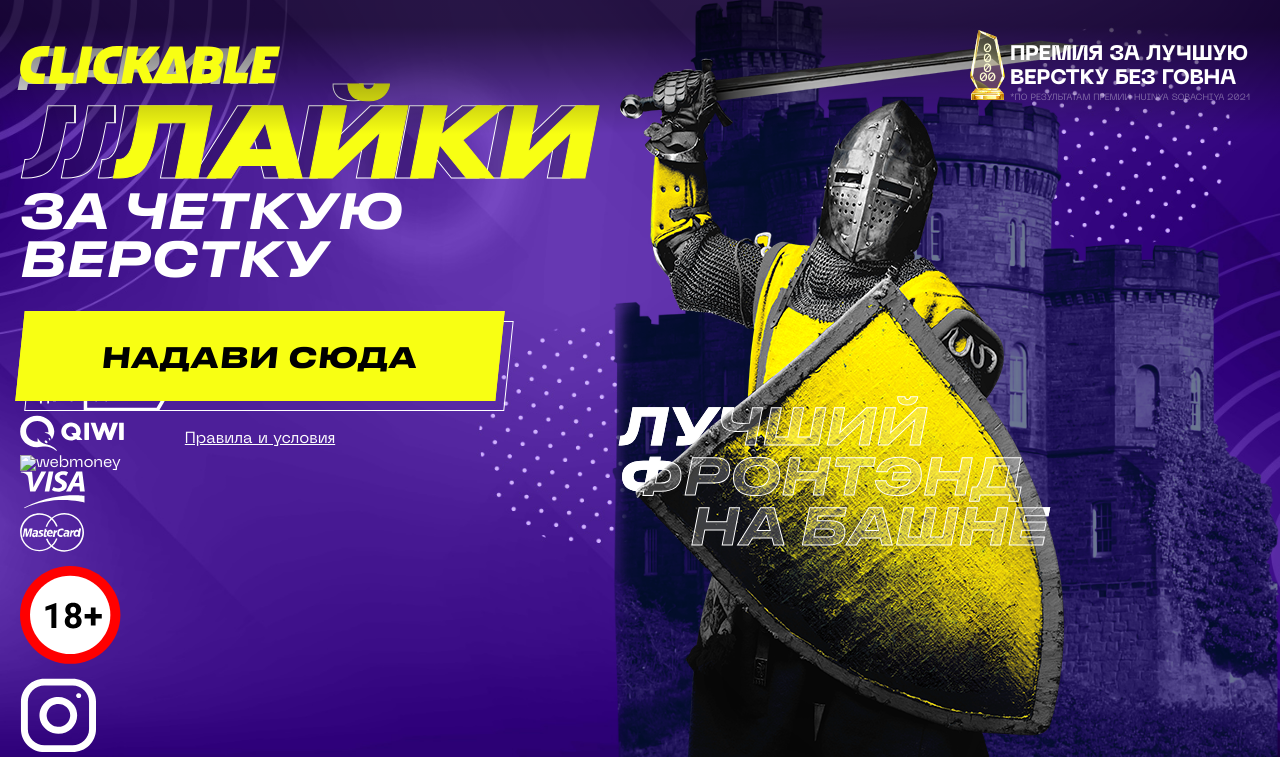
Repository: stanislavExtE/clickable_test
Page: app/index.html
These files come from the project's save history. The page is drawn as it stood at one moment and after the next save; the edit follows.
The browser window is 1280 px wide. The pictures show the whole page.
The style sheet was rebuilt from its Sass, Less or Tailwind sources for each picture, by a compiler version that may differ from the author's.

Above is the page before, as saved 2021-01-13 18:12:14.

### app/index.html
<!DOCTYPE html>
<html xmlns="http://www.w3.org/1999/xhtml" lang="en">

<head>
	<meta http-equiv="Content-Type" content="text/html; charset=utf-8" />
	<meta name="format-detection" content="telephone=no">
	<meta name="viewport" content="width=device-width, initial-scale=1, maximum-scale=1">
	<title>Clickable - лучший фронтенд на башне</title>
	<link rel="icon" type="image/x-icon" href="favicon.ico" />
	<link rel="stylesheet" type="text/css" href="css/style.css" />
</head>

<body class="loaded">


	<!-- BEGIN BODY -->

	<div class="main-wrapper">

		<!-- BEGIN CONTENT -->

		<main class="content">
			<section class="info-section">
				<div class="wrapper">
					<div class="info">
						<div class="slogan info__slogan">
							<div class="slogan__text">
								<div class="slogan__text-stroke" data-text="лучший фронтэнд">лучший фронтэнд</div>
								<div class="slogan__text-stroke" data-text="на башне">на башне</div>
							</div>
							<img src="img/knight.png" alt="" class="slogan__knight">
						</div>
						<div class="cta info__cta">
							<div class="cta__title">
								<div class="cta__title-word">Дарим</div>
								<div class="accent">
									<div class="accent__word">Л</div>
									<div class="accent__word">Л</div>
									<div class="accent__text" data-accent-text='ЛАЙКИ'>ЛАЙКИ</div>
								</div>
								<div class="cta__title-word">За четкую верстку</div>
							</div>
							<div class="cta__button-box">
								<a href="#" class="btn cta__btn">надави сюда</a>
								<a href="#" class="link cta__rules-link">Правила и условия</a>
							</div>
						</div>
						<div class="award info__award">
							<div class="award__prize">
								<img src="img/award.png" alt="award" class="award__prize-img">
							</div>
							<div class="award__info">
								<div class="award__title">ПРЕМИЯ ЗА ЛУЧШУЮ ВЕРСТКУ без говна</div>
								<div class="award__description">*ПО РЕЗУЛЬТАТАМ ПРЕМИИ Huinya sobachiya 2021</div>
							</div>
						</div>
					</div>
					<div class="balls">
						<img src="img/ball.png" alt="ball" class="ball ball_lg-size">
						<img src="img/ball.png" alt="ball" class="ball">
						<img src="img/ball.png" alt="ball" class="ball ball_sm">
					</div>
				</div>
			</section>
		</main>

		<!-- CONTENT EOF   -->

		<!-- BEGIN HEADER -->

		<header class="header">
			<div class="wrapper ">
				<div class="header__content">
					<a href="#" class="logo header__logo">
						<img src="img/logo.svg" alt="logo" class="logo__img">
					</a>
					<div class="award header__award">
						<div class="award__prize">
							<img src="img/award.png" alt="award" class="award__prize-img">
						</div>
						<div class="award__info">
							<div class="award__title">ПРЕМИЯ ЗА ЛУЧШУЮ ВЕРСТКУ без говна</div>
							<div class="award__description">*ПО РЕЗУЛЬТАТАМ ПРЕМИИ Huinya sobachiya 2021</div>
						</div>
					</div>
				</div>
			</div>
		</header>

		<!-- HEADER EOF   -->

		<!-- BEGIN FOOTER -->

		<footer class="footer">
			<div class="wrapper footer__wrapper">
				<div class="payments">
					<div class="payment"><img src="img/icons/yandex_money.svg" alt="yandex_money" class="payment-img"></div>
					<div class="payment"><img src="img/icons/qiwi.svg" alt="qiwi" class="payment-img"></div>
					<div class="payment"><img src="img/icons/webmoney.svg" alt="webmoney" class="payment-img"></div>
					<div class="payment"><img src="img/icons/visa.svg" alt="visa" class="payment-img"></div>
					<div class="payment"><img src="img/icons/mastercard.svg" alt="mastercard" class="payment-img"></div>
				</div>
				<div class="icons">
					<div class="icon"><img src="img/icons/pegi_18.svg" alt="pegi_18" class="icon__img"></div>
					<a href="#" class="icon"><img src="img/icons/insta.svg" alt="instagram" class="icon__img"></a>
				</div>
			</div>
		</footer>

		<!-- FOOTER EOF   -->

	</div>

	<div class="icon-load"></div>

	<!-- BODY EOF   -->

	<!-- <script src="js/jquery-3.5.1.min.js"></script> -->
	<!-- <script src="js/jquery-migrate-3.3.0.min.js"></script> -->
	<!--
	<script src="js/components/jquery.fancybox.js" ></script>
	<script src="js/components/jquery.formstyler.js" ></script>
	<script src="js/components/slick.js" ></script>
	<script src="js/components/jquery.mCustomScrollbar.js" ></script>
	-->
	<script src="js/custom.js"></script>
</body>

</html>

### app/js/custom.js
document.addEventListener("DOMContentLoaded", function () {
	var $body = document.querySelector('body');
	if (/Android|webOS|iPhone|iPad|iPod|BlackBerry/i.test(navigator.userAgent)) {
		$body.classList.add('ios');
	} else {
		$body.classList.add('web');
	};
	$body.classList.remove('loaded');
});
/* viewport width */
function viewport() {
	var e = window,
		a = 'inner';
	if (!('innerWidth' in window)) {
		a = 'client';
		e = document.documentElement || document.body;
	}
	return {
		width: e[a + 'Width'],
		height: e[a + 'Height']
	}
};

function blockVH(el, dif) {
	var block = document.querySelector(el);
	var vh = window.innerHeight;

	if (dif) {
		block.style.minHeight = vh - dif + 'px';
	} else {
		block.style.minHeight = vh + 'px';

	}
}

document.addEventListener("DOMContentLoaded", function () {

})


var handler = function () {

	var viewport_wid = viewport().width;
	var viewport_height = viewport().height;

	if (viewport_wid <= 991) {

	} else {
		blockVH('.info-section');
	}

}

window.addEventListener('DOMContentLoaded', handler);
window.addEventListener('resize', handler);

### app/scss/style.scss
@import "base/_reset";
@import "base/_fonts";
//@import "components/_jquery.formstyler";
//@import "components/_fancybox";
//@import "components/_slick";
//@import "components/_mCustomScrollbar";
@import "components/_bootstrap";
@import "layout/_repetitive";
@import "layout/_header";
@import "layout/_footer";
@import "layout/_content";

### app/scss/base/_reset.scss
@import '../utils/_mixins';
@import '../utils/_variables';

body {
	margin: 0px;
	padding: 0px;
	font-family: $base-font-family;
	background-color: $base-bg;
	height: 100%;
	line-height: 1;
	position: relative;
	font-size: $base-font-size!important;
	-webkit-font-smoothing: antialiased;
	-moz-osx-font-smoothing: grayscale;
}



/*MAIN*/
html, body, div, span, applet, object, iframe, h1, h2, h3, h4, h5, h6, p, blockquote, pre, a, abbr, acronym, address, big, cite, code,
del, dfn, em, img, ins, kbd, q, s, samp, small, strike, strong, sub, sup, tt, var, b, u, i, center, dl, dt, dd, ol, ul, li, fieldset,
form, label, legend, table, caption, tbody, tfoot, thead, tr, th, td, article, aside, canvas, details, embed, figure, figcaption, footer,
header, hgroup, menu, nav, output, ruby, section, summary, time, mark, audio, video {
	margin: 0; padding: 0; border: 0; font-size: 100%; outline: none;
    -webkit-tap-highlight-color: rgba(0, 0, 0, 0);

}

/* HTML5 display-role reset for older browsers */
article, aside, details, figcaption, figure, footer, header, hgroup, menu, nav, section, main {
	display: block;
}
blockquote, q {
	quotes: none;
}
blockquote:before,
blockquote:after,
q:before,
q:after {
	content: '';
	content: none;
}

table {
	border-collapse: collapse;
	border-width: 0px;
	padding: 0px;
	margin: 0px;
}

html {
	height: 100%;
	-webkit-text-size-adjust: none;
	-ms-text-size-adjust: none;
}

input,
textarea {
	color: #333;
	font-family: $base-font-family;
	outline: none;
	border-radius: 0;
	-moz-border-radius: 0;
	-webkit-border-radius: 0;
	-webkit-appearance: none;
    border: none;
}

input[type="button"],
input[type="submit"],
button {
	cursor: pointer
}

input[type=number]::-webkit-inner-spin-button,
input[type=number]::-webkit-outer-spin-button {
  -webkit-appearance: none;
  margin: 0;
}

td {
	margin: 0px;
	padding: 0px;
}

ul{
    list-style: none;
    list-style-image: url(data:[embedded picture, 78 characters]);
}

form {
	padding: 0px;
	margin: 0px;
}

img{
    max-width: 100%;
}

a {
    color: inherit;
	text-decoration: none;
	outline: none;
    @include transition($default-transition);
}

a,
span,
div,
button {
	outline: none!important
}
input[type="search"]::-webkit-search-decoration,
input[type="search"]::-webkit-search-cancel-button,
input[type="search"]::-webkit-search-results-button,
input[type="search"]::-webkit-search-results-decoration {
  -webkit-appearance:none;
}
input[type=submit],
input[type=button],
button {
	-webkit-appearance: none;
	outline: none;
}

* {
	-webkit-box-sizing: border-box;
	-moz-box-sizing: border-box;
	box-sizing: border-box;
}

*:before,
*:after {
	-webkit-box-sizing: border-box;
	-moz-box-sizing: border-box;
	box-sizing: border-box;
}

.clearfix:after,
.wrapper:after,
.row:after{
	content: ".";
	display: block;
	height: 0;
	clear: both;
	visibility: hidden;
}

### app/scss/utils/_variables.scss
$paddings: 20px;
$min-width: 320px;
$base-wrapp: 1366px;
$max-width: calc(#{$base-wrapp} + #{$paddings} * 2);
$base-bg:#F0EAE1;
$base-font-size: 1rem;
$base-line-height: 1.75rem;
$base-font-family: "Neue Machina", "Open Sans", Arial, sans-serif;
$custom-font-family: "Druk Text Wide Cyr","Open Sans",  Arial, sans-serif;
$default-transition: all 0.4s linear;
$trs: all 0.3s linear;
$trs-wow: all 1s linear;

$ff-book: $base-font-family;
$ff-demi: $custom-font-family;


$shadow: 2px 6px 20px rgba(0, 164, 91, 0.25);
$shadow_light: 2px 6px 20px rgba(0, 164, 91, 0.10);

//breakpoints
$xs: 567px;
$sm: 767px;
$md: 991px;
$lg: 1279px;
$xl: 1435px;

/* main variables */

$col-1: #f8ff13;
$col-2: #F0EAE1;
$col-3: #0A0A0A;
$col-4: #fff;
$col-5: #161616;
$col-6: #bbbbbb;
$col-7: #7e7e7e;

$bg-1:rgba(#fff, .1);

$bd: rgba(187, 187, 187, 0.5);

//text, titles
$tc-1: #303030;
$tc-2: #fff;
$tc-3: $col-1;
$tc-4: $col-5;
$title-main-color: #fff;
$title-color: #fff;


$font-size-h1: 36px;
$line-height-h1: 49px;
$font-size-h2: 36px;
$line-height-h2: 49px;
$font-size-h3: 36px;
$line-height-h3: 49px;
$font-size-h4: 18px;
$line-height-h4: 24px;

$f-s-xs: 14px;
$lh-xs: 14px;
$f-s-sm: 16px;
$lh-sm: 22px;
$f-s-md: 28px;
$lh-md: 38px;
$f-s-lg: 30px;
$lh-lg: 30px;

$f-s-big-xs: 34px;
$f-s-big-sm: 40px;
$f-s-big-md: 50px;
$lh-big-md: 62px;
$f-s-big-lg: 100px;
$lh-big-lg: 110px;
$f-s-big-xl: 110px;
$lh-big-xl: 90px;

### app/scss/components/_bootstrap.scss
/*!
 * Generated using the Bootstrap Customizer (https://getbootstrap.com/docs/3.4/customize/)
 *//*!
 * Bootstrap v3.4.1 (https://getbootstrap.com/)
 * Copyright 2011-2019 Twitter, Inc.
 * Licensed under MIT (https://github.com/twbs/bootstrap/blob/master/LICENSE)
 *//*! normalize.css v3.0.3 | MIT License | github.com/necolas/normalize.css */.row{margin-right:-15px;margin-left:-15px}.row-no-gutters{margin-right:0;margin-left:0}.row-no-gutters [class*="col-"]{padding-right:0;padding-left:0}.col-xs-1, .col-sm-1, .col-md-1, .col-lg-1, .col-xs-2, .col-sm-2, .col-md-2, .col-lg-2, .col-xs-3, .col-sm-3, .col-md-3, .col-lg-3, .col-xs-4, .col-sm-4, .col-md-4, .col-lg-4, .col-xs-5, .col-sm-5, .col-md-5, .col-lg-5, .col-xs-6, .col-sm-6, .col-md-6, .col-lg-6, .col-xs-7, .col-sm-7, .col-md-7, .col-lg-7, .col-xs-8, .col-sm-8, .col-md-8, .col-lg-8, .col-xs-9, .col-sm-9, .col-md-9, .col-lg-9, .col-xs-10, .col-sm-10, .col-md-10, .col-lg-10, .col-xs-11, .col-sm-11, .col-md-11, .col-lg-11, .col-xs-12, .col-sm-12, .col-md-12, .col-lg-12{position:relative;min-height:1px;padding-right:15px;padding-left:15px}.col-xs-1, .col-xs-2, .col-xs-3, .col-xs-4, .col-xs-5, .col-xs-6, .col-xs-7, .col-xs-8, .col-xs-9, .col-xs-10, .col-xs-11, .col-xs-12{float:left}.col-xs-12{width:100%}.col-xs-11{width:91.66666667%}.col-xs-10{width:83.33333333%}.col-xs-9{width:75%}.col-xs-8{width:66.66666667%}.col-xs-7{width:58.33333333%}.col-xs-6{width:50%}.col-xs-5{width:41.66666667%}.col-xs-4{width:33.33333333%}.col-xs-3{width:25%}.col-xs-2{width:16.66666667%}.col-xs-1{width:8.33333333%}@media (min-width:768px){.col-sm-1, .col-sm-2, .col-sm-3, .col-sm-4, .col-sm-5, .col-sm-6, .col-sm-7, .col-sm-8, .col-sm-9, .col-sm-10, .col-sm-11, .col-sm-12{float:left}.col-sm-12{width:100%}.col-sm-11{width:91.66666667%}.col-sm-10{width:83.33333333%}.col-sm-9{width:75%}.col-sm-8{width:66.66666667%}.col-sm-7{width:58.33333333%}.col-sm-6{width:50%}.col-sm-5{width:41.66666667%}.col-sm-4{width:33.33333333%}.col-sm-3{width:25%}.col-sm-2{width:16.66666667%}.col-sm-1{width:8.33333333%}}@media (min-width:992px){.col-md-1, .col-md-2, .col-md-3, .col-md-4, .col-md-5, .col-md-6, .col-md-7, .col-md-8, .col-md-9, .col-md-10, .col-md-11, .col-md-12{float:left}.col-md-12{width:100%}.col-md-11{width:91.66666667%}.col-md-10{width:83.33333333%}.col-md-9{width:75%}.col-md-8{width:66.66666667%}.col-md-7{width:58.33333333%}.col-md-6{width:50%}.col-md-5{width:41.66666667%}.col-md-4{width:33.33333333%}.col-md-3{width:25%}.col-md-2{width:16.66666667%}.col-md-1{width:8.33333333%}}@media (min-width:1200px){.col-lg-1, .col-lg-2, .col-lg-3, .col-lg-4, .col-lg-5, .col-lg-6, .col-lg-7, .col-lg-8, .col-lg-9, .col-lg-10, .col-lg-11, .col-lg-12{float:left}.col-lg-12{width:100%}.col-lg-11{width:91.66666667%}.col-lg-10{width:83.33333333%}.col-lg-9{width:75%}.col-lg-8{width:66.66666667%}.col-lg-7{width:58.33333333%}.col-lg-6{width:50%}.col-lg-5{width:41.66666667%}.col-lg-4{width:33.33333333%}.col-lg-3{width:25%}.col-lg-2{width:16.66666667%}.col-lg-1{width:8.33333333%}}.clearfix:before,.clearfix:after,.container:before,.container:after,.container-fluid:before,.container-fluid:after,.row:before,.row:after{display:table;content:" "}.clearfix:after,.container:after,.container-fluid:after,.row:after{clear:both}.center-block{display:block;margin-right:auto;margin-left:auto}

### app/scss/layout/_header.scss

/*
================================================================================
|                                     HEADER                                   |
================================================================================
*/
.header{
	width:100%;
	min-width: $min-width;
	text-align:left;
	order: 1;
	-webkit-order: 1;
	position: absolute;
	left: 0;
	width: 100%;
	top: 0;
	z-index: 3;
	background: linear-gradient(180deg, rgba(#000, .6) 20%, transparent);
	padding: 30px 0;

	&__content{
		display: flex;
		align-items: center;
		justify-content: space-between;
	}

	&__logo {
		flex: 0 0 260px;
		max-width: 260px;
    }
}





@include br-p($xl) {

}

@include br-p($lg) {

}
@include br-p($md) {

}
@include br-p($sm) {

}

@include br-p($xs) {



}

@include br-p(419px) {


}

@include br-p(359px) {

}

### app/scss/layout/_footer.scss

/*
================================================================================
|                                     FOOTER                                   |
================================================================================
*/
.footer{
	text-align:left;
	width:100%;
	min-width: $min-width;
	order: 3;
	-webkit-order: 3;
	position: absolute;
	width: 100%;
	bottom: 0;
	left: 0;
}


@include br-p($xl) {

}

@include br-p($lg) {

}
@include br-p($md) {

}
@include br-p($sm) {

}

@include br-p($xs) {

}

@include br-p(419px) {

}

### app/scss/layout/_content.scss
//main styles
// @import "sections/_name";



.logo {
    max-width: 260px;
    display: block;
}


.slogan {
    position: relative;
    z-index: 2;
    display: flex;
    flex-direction: column;
    justify-content: flex-end;
    align-items: flex-start;

    &__text {
        position: absolute;
        width: 100%;
        right: 0;
        bottom: 15%;
        padding: 100px 0;
    }

    &__text-stroke {
        font-family: $custom-font-family;
        font-size: 50px;
        letter-spacing: -0.25px;
        font-style: italic;
        color: rgba(#fff, .2);
        -webkit-text-stroke-color: #fff;
        -webkit-text-stroke-width: 1px;
        text-transform: uppercase;
        position: relative;

        &:last-child{
            padding-left:70px;

            &::before{
                padding-left: 70px;
            }
        }

        &::before {
            content: attr(data-text);
            position: absolute;
            left: 0;
            top: 0;
            width: 100%;
            height: 100%;
            color: #ffffff;
            z-index: -1;
        }
    }

    &__knight {
        display: block;
    }
}

.cta {

    &__title {
        font-family: $custom-font-family;
        font-size: 48px;
        text-transform: uppercase;
    }

    &__title-word {
        font-style: italic;
    }

    &__button-box {
        display: flex;
        flex-direction: column;
        padding: 30px 0;
        text-align: center;
        max-width: 480px;
    }

    &__btn {}

    &__rules-link {
        margin-top: 30px;
    }
}

.accent {
    position: relative;
    font-size: 97px;
    letter-spacing: -0.25px;
    font-weight: 700;
    font-style: italic;
    display: block;
    display: flex;
    padding-left: 75px;

    &:before {
        content: attr(data-accent-word);
        display: block;
        position: absolute;
        width: 20px;
        left: 0;
        top: 0;
        color: rgba(#000, .2);
        -webkit-text-stroke-color: #fff;
        -webkit-text-stroke-width: 1px;
        overflow: hidden;
    }



    &__text {
        z-index: 2;
        transform: translateX(20px);
        -webkit-text-stroke-color: $col-1;
        -webkit-text-stroke-width: 1px;

        color: $col-1;

        &::before {
            position: absolute;
            content: attr(data-accent-text);
            color: rgba(#000, .2);
            -webkit-text-stroke-color: #fff;
            -webkit-text-stroke-width: 1px;
            left: 0;
            top: 0;
            z-index: -1;
            transform: translateX(-15px);
        }
    }

    &__word {
        position: absolute;
        width: 56px;
        left: 0;
        top: 0;
        color: rgba(#000, .2);
        -webkit-text-stroke-color: #fff;
        -webkit-text-stroke-width: 1px;
        overflow: hidden;
        padding-left: 3px;

        &:nth-child(2) {
            left: 40px;
        }

        &::before {
            content: '';
            position: absolute;
            right: 0;
            top: 0.18em;
            width: 2px;
            height: 18px;
            background: #ffffff;
        }
    }
}

.award {
    display: flex;
    align-items: flex-end;
    max-width: 290px;

    &__info {}

    &__prize {
        flex: 0 0 40px;

        &-img {}
    }

    &__title {
        font-size: 21px;
        line-height: 24px;
        text-transform: uppercase;
        font-weight: 800;
    }

    &__description {
        font-size: 9px;
        text-transform: uppercase;
        color: rgba(#fff, .4);
        padding: 2px 0;
    }
}

.info {
    display: flex;
    flex-wrap: wrap;
    justify-content: space-between;

    &-section {
        padding: 40px 0 0px;
    }

    &__slogan {
        @include br-p(768px, min) {
            order: 4;
            flex: 0 0 calc(100% - 600px);
        }
    }

    &__cta {
        @include br-p(768px, min) {
            order: 3;
            flex: 0 0 600px;
        }
    }

    &__award {
        @include br-p(768px, min) {
            display: none;
            order: 2;
            flex: 0 0 300px;
        }

    }
}


.balls {}

.ball {
    position: absolute;
    display: none;
}



@include br-p($xl) {}

@include br-p($lg) {}

@include br-p($md) {}

@include br-p($sm) {}

@include br-p($xs) {}

@include br-p(419px) {}

Loaded but not shown: app/img/icons/mastercard.svg (6 lines, source omitted); app/img/icons/webmoney.svg (115 lines, source omitted); app/img/icons/yandex_money.svg (4 lines, source omitted); app/img/icons/qiwi.svg (3 lines, source omitted); app/img/icons/insta.svg (3 lines, source omitted); app/img/icons/pegi_18.svg (5 lines, source omitted); app/img/logo.svg (24 lines, source omitted); app/img/icons/visa.svg (3 lines, source omitted); app/scss/base/_fonts.scss (191 lines, source omitted); app/scss/utils/_mixins.scss (259 lines, source omitted); app/scss/layout/_repetitive.scss (303 lines, source omitted)

After the next save:
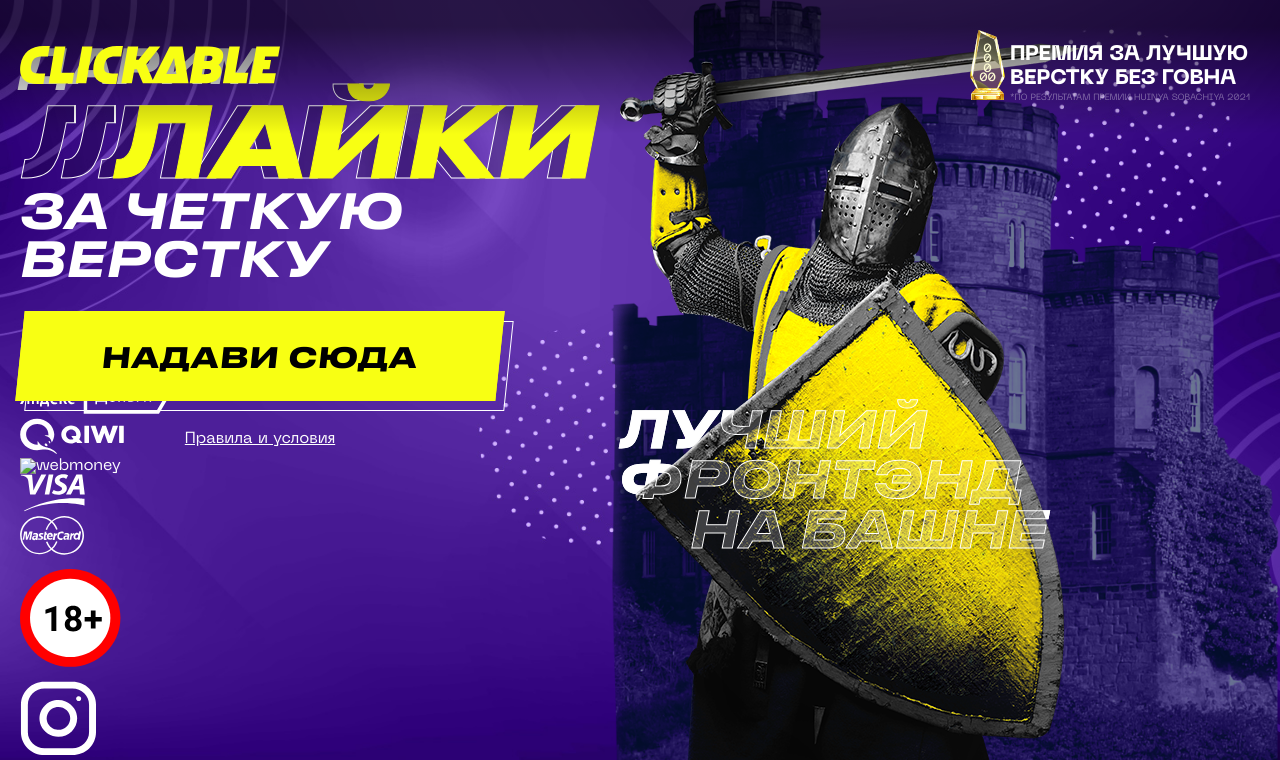
Saved 47 s later.
--- a/app/js/custom.js
+++ b/app/js/custom.js
@@ -46,7 +46,7 @@
 	if (viewport_wid <= 991) {
 
 	} else {
-		blockVH('.info-section');
+		blockVH('.info');
 	}
 
 }
